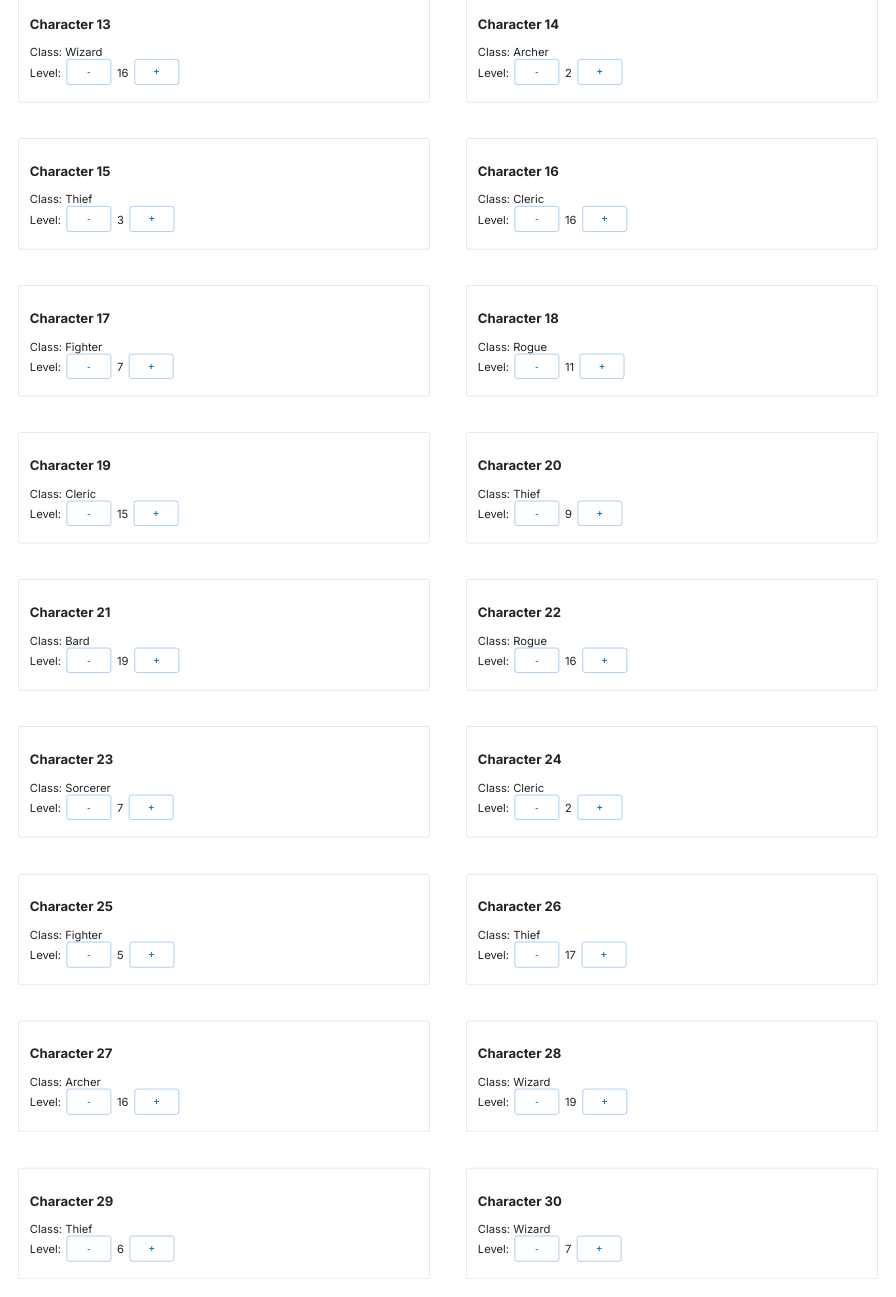
Repository: meganmajewski/adv-react-dnd-starter
Page: /
These files come from the project's save history. The page is drawn as it stood at one moment and after a run of saves; the edit follows.
The browser window is 1280 px wide. The pictures show the part of the page from y = 1705 to 3625 px (the page is 3558 px tall before and 3625 px after), at 70% of full size.
The project was rebuilt for these pictures with package versions that can differ from the ones it lists, and the page was loaded fresh each time. The framework's server and built-in components were replaced by stand-ins that run in the browser. Also part of the build but not shown: next.config.js, components/Menu.tsx.

Above is the page before, as saved 2023-08-10 17:41:34.

After the next 2 saves:
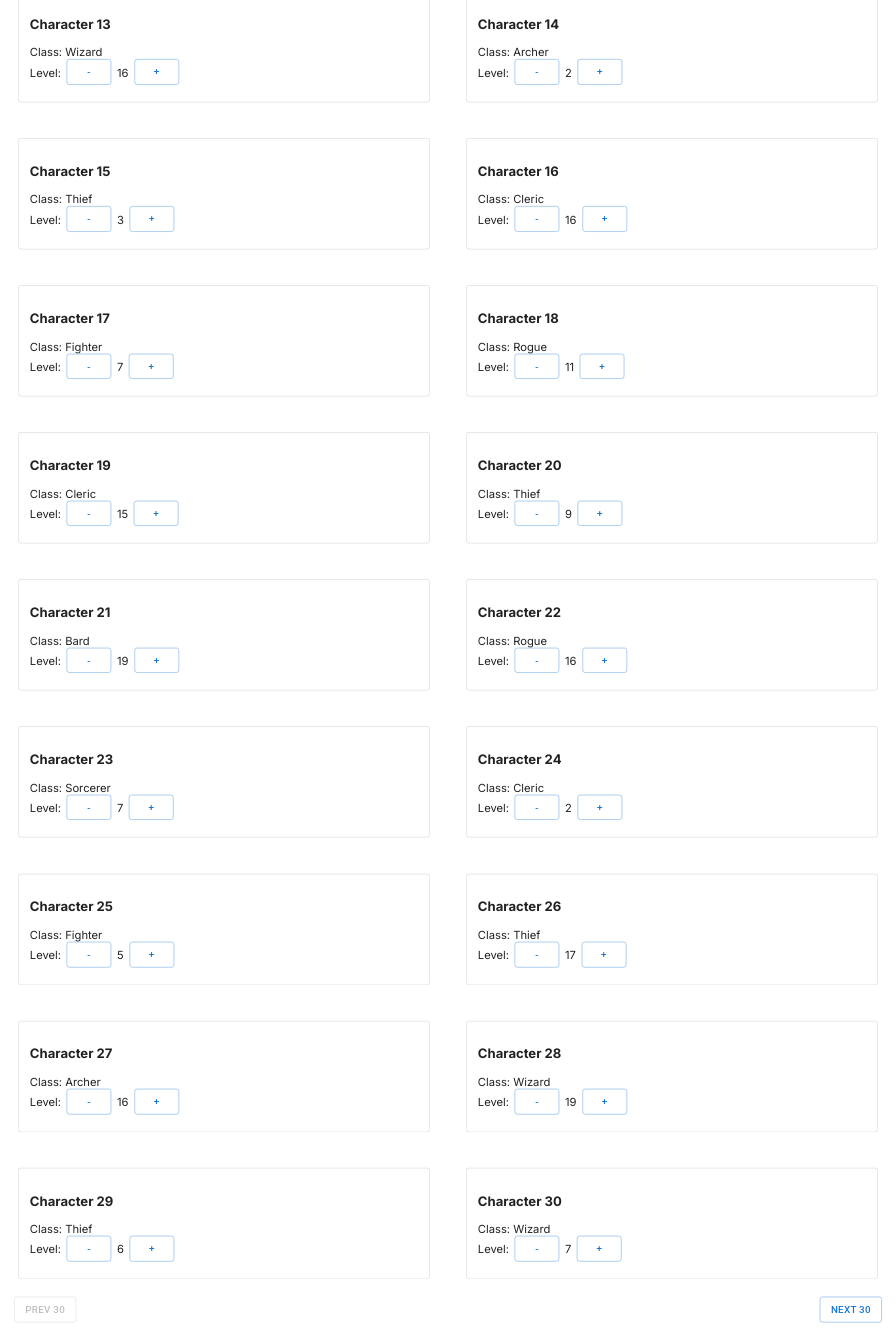
The 2 saves are shown as one change because 1 did not build or start.
The last was saved 64 s later.
--- a/components/Characters.tsx
+++ b/components/Characters.tsx
@@ -5,6 +5,7 @@ import Character from "./Character";
 import CharacterModel from "../models/CharacterModel";
 import AddCharacterForm from "./AddCharacterForm";
 import { starterCharacters } from "@/models/starterCharacters";
+import { Button } from "@mui/material";
 
 const Charcters = () => {
   const [startIndex, setStartIndex] = useState(0);
@@ -50,6 +51,28 @@ const Charcters = () => {
           ))}
         </ul>
       </div>
+      <div
+        style={{
+          display: "flex",
+          justifyContent: "space-between",
+          padding: "0 20px 30px 20px",
+        }}
+      >
+        <Button
+          variant="outlined"
+          onClick={() => setStartIndex((prev) => prev - 30)}
+          disabled={startIndex - 30 < 0}
+        >
+          Prev 30
+        </Button>
+        <Button
+          variant="outlined"
+          onClick={() => setStartIndex((prev) => prev + 30)}
+          disabled={startIndex + 30 > starterCharacters.length}
+        >
+          Next 30
+        </Button>
+      </div>
     </div>
   );
 };
